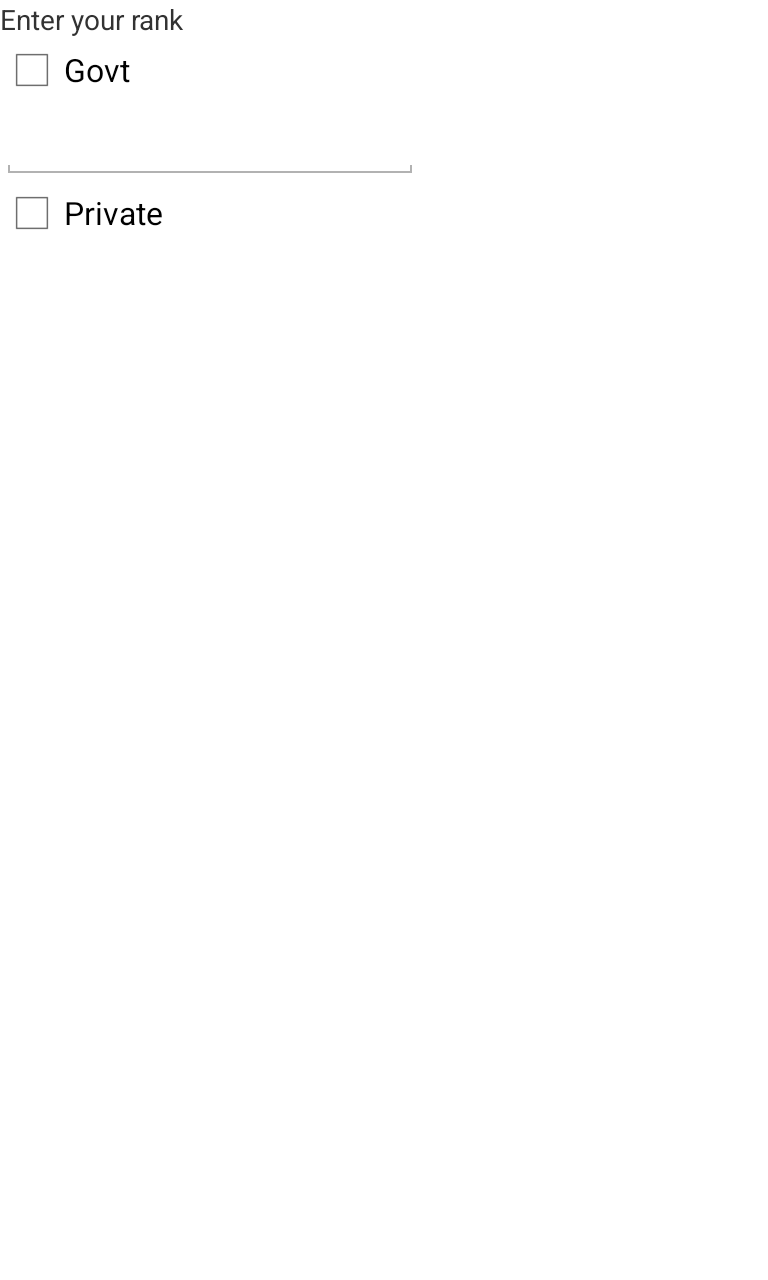
Repository: sandeepsas/Keam360
Layout: KEAM360/res/layout/activity_main.xml
The author's editor kept a copy of each file at every save. The layout is drawn from the files as they stood at one save, then again after the next save.
It is drawn on a 768 x 1280 px phone screen (xhdpi) without system bars, with theme AppTheme; the app's code is not run.

Above is the layout before, as saved 2015-08-02 18:30:00.

After the next save:
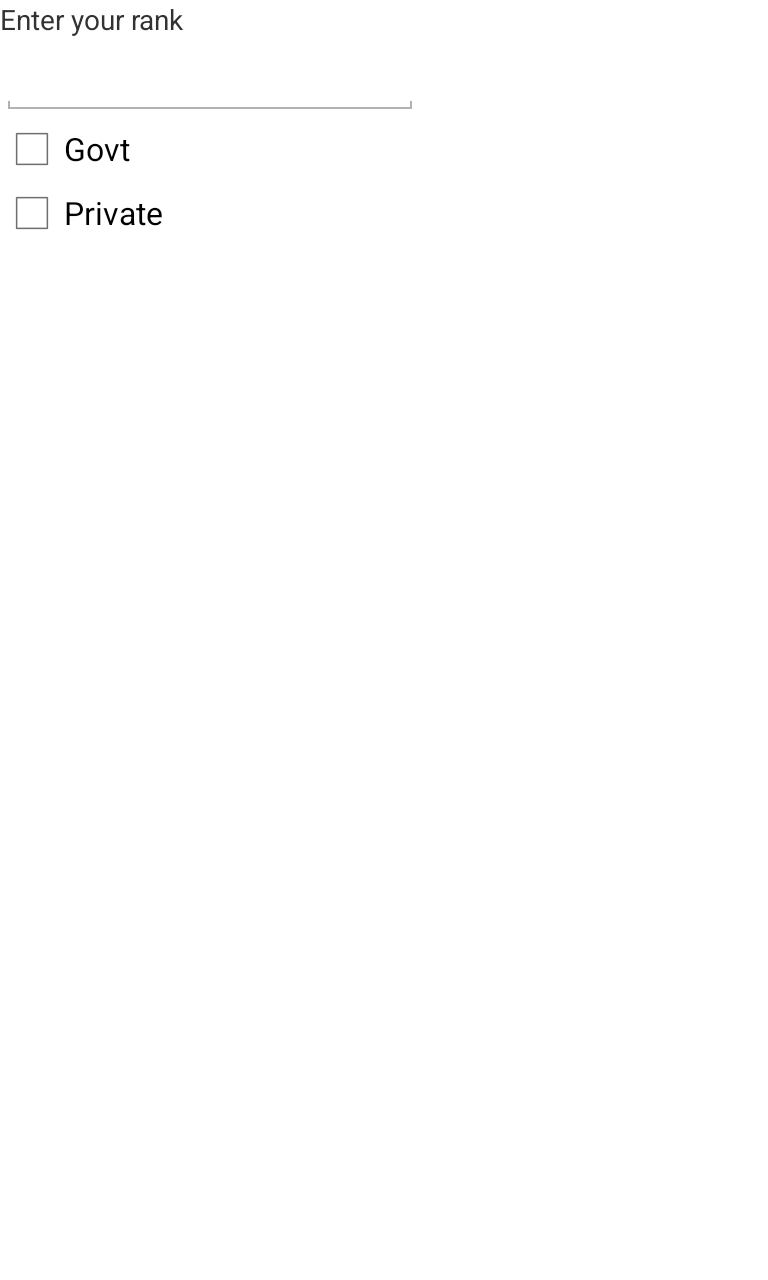
Saved 23 s later.
--- a/KEAM360/res/layout/activity_main.xml
+++ b/KEAM360/res/layout/activity_main.xml
@@ -2,31 +2,29 @@
     android:layout_width="wrap_content"
     android:layout_height="wrap_content"
     android:orientation="vertical" >
-<TextView
+
+    <TextView
         android:id="@+id/textView1"
         android:layout_width="wrap_content"
         android:layout_height="wrap_content"
         android:text="Enter your rank" />
 
-<CheckBox
-    android:id="@+id/checkBox1"
-    android:layout_width="wrap_content"
-    android:layout_height="wrap_content"
-    android:text="Govt" />
-
     <EditText
         android:id="@+id/editText1"
         android:layout_width="wrap_content"
         android:layout_height="wrap_content"
+        android:ems="10" />
 
-        android:ems="10" />
+    <CheckBox
+        android:id="@+id/checkBox1"
+        android:layout_width="wrap_content"
+        android:layout_height="wrap_content"
+        android:text="Govt" />
 
     <CheckBox
         android:id="@+id/checkBox2"
         android:layout_width="wrap_content"
         android:layout_height="wrap_content"
-
         android:text="Private" />
 
-
 </LinearLayout>
